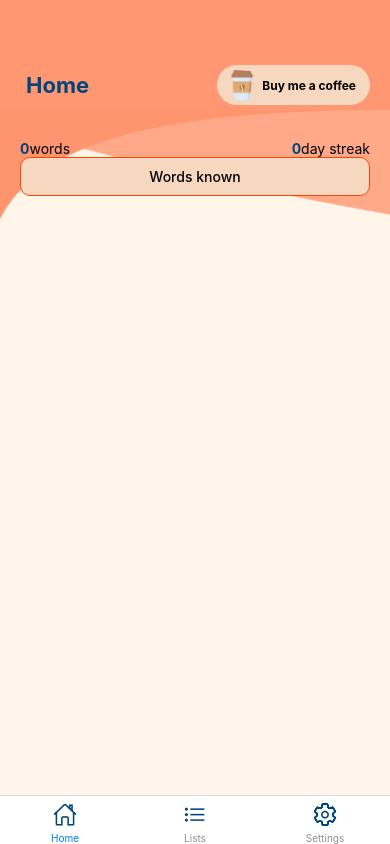
Repository: David-Waite/SpellingApp
Screen: /
These files come from the project's save history. The screen is drawn as it stood at one moment and after a run of saves; the edit follows.
The app was drawn by React Native's web renderer in a window 390 px wide. The project was rebuilt for these pictures with package versions that can differ from the ones it lists, and the page was loaded fresh each time. Also part of the build but not shown: screens/Settings.js, screens/SpellWord.js, screens/WordsLearnt.js, screens/WordListOverview.js, screens/WordLists.js, screens/Donate.js.

Above is the screen before, as saved 2023-06-22 22:22:50.

After the next 2 saves:
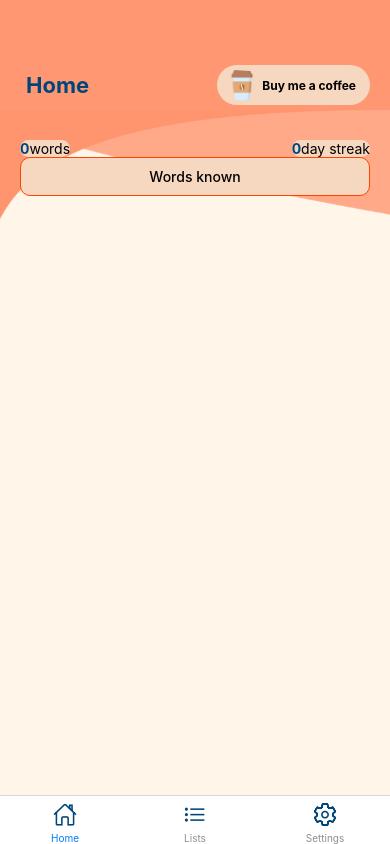
The 2 saves are shown as one change because they came seconds apart.
The last was saved 17 s later.
--- a/components/ui/Home/StatBtn.js
+++ b/components/ui/Home/StatBtn.js
@@ -16,7 +16,7 @@ export default StatBtn;
 const styles = StyleSheet.create({
   container: {
     flexDirection: "row",
-
+    backgroundColor: GlobalStyles.colors.primary100,
     borderRadius: 10,
   },
   stat: {
